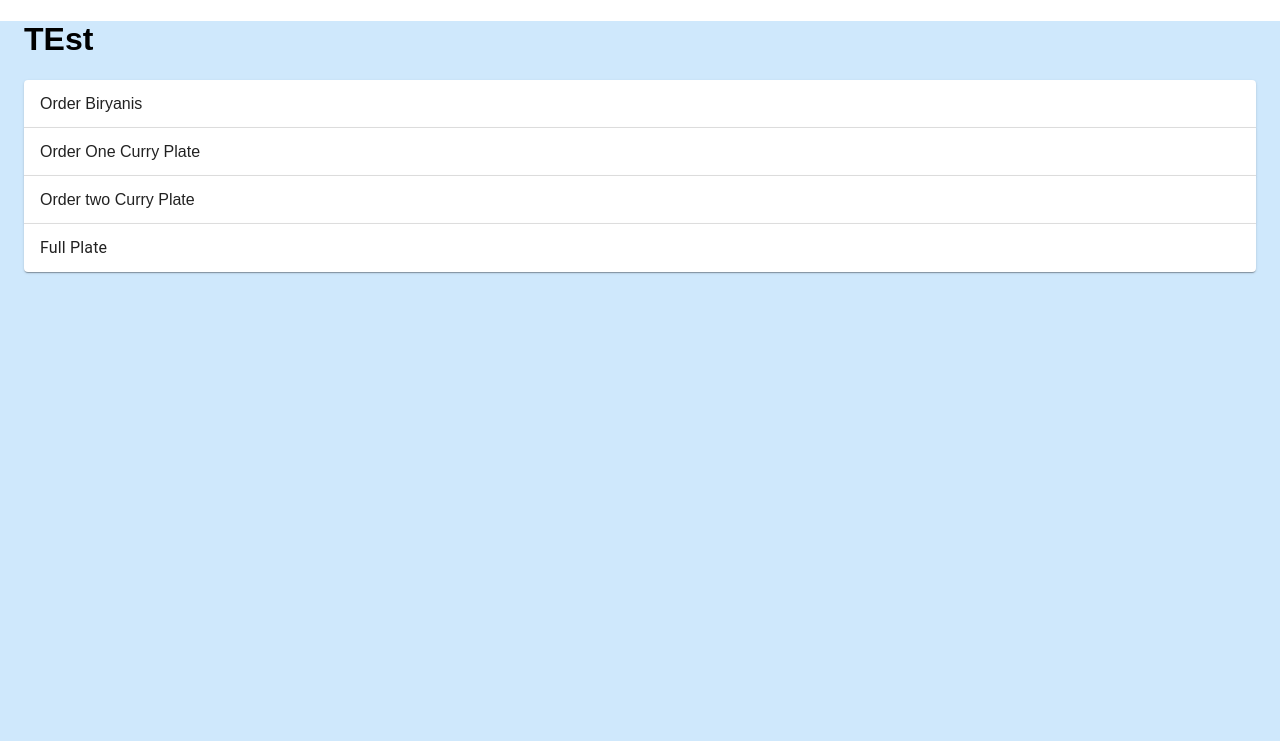
Repository: appikonda/food-order
Page: /
An editor plug-in stored every save of this project. The page is shown before and after the next save, followed by the edit.
The browser window is 1280 px wide. The pictures show the whole page.
The project was rebuilt for these pictures with package versions that can differ from the ones it lists, and the page was loaded fresh each time. Also part of the build but not shown: webpack.config.js, src/App.css.

Above is the page before, as saved 2019-08-15 15:36:51.

### src/App.js
import React, { Component } from 'react';
import logo from './logo.svg';
import './App.css';
import OrderFood from './OrderFood.jsx'
class App extends Component {
  render() {
    return (
      <div>

           <OrderFood/>


    </div>
    );
  }
}

export default App;

### src/OrderFood.jsx
import React, { Component } from 'react';

import Typography from '@material-ui/core/Typography';
import Container from '@material-ui/core/Container';
import ExpansionPanel from '@material-ui/core/ExpansionPanel';
import ExpansionPanelDetails from '@material-ui/core/ExpansionPanelDetails';
import ExpansionPanelSummary from '@material-ui/core/ExpansionPanelSummary';


class OrderFood extends Component {


  render() {
    return (
      <div>
      <Container  fixed style={{ backgroundColor: '#cfe8fc', height: '100vh' }}>
      <h1>TEst</h1>
      {this.renderOptions()}
      </Container>
      </div>
    );
  }
//One for biryani orders // 6.99
//One for one curry options// 5.99/
//One for 2 curry options //6.99
//One for full plate options //8.99

renderOptions(){



  return(
    <div>
      <ExpansionPanel  >
        <ExpansionPanelSummary
          aria-controls="panel1bh-content"
          id="panel1bh-header"
        >
         Order Biryanis

        </ExpansionPanelSummary>
        <ExpansionPanelDetails>
          <Typography>
            Linkk to add biryani
          </Typography>
        </ExpansionPanelDetails>
      </ExpansionPanel>
      <ExpansionPanel >
        <ExpansionPanelSummary

          aria-controls="panel2bh-content"
          id="panel2bh-header"
        >
          Order One Curry Plate

        </ExpansionPanelSummary>
        <ExpansionPanelDetails>
          <Typography>
          Linkk to add One Curry Plate
          </Typography>
        </ExpansionPanelDetails>
      </ExpansionPanel>
      <ExpansionPanel  >
        <ExpansionPanelSummary

          aria-controls="panel3bh-content"
          id="panel3bh-header"
        >
          Order two Curry Plate
        </ExpansionPanelSummary>
        <ExpansionPanelDetails>
          <Typography>
          Linkk to add two curries plaues
          </Typography>
        </ExpansionPanelDetails>
      </ExpansionPanel>
      <ExpansionPanel >
        <ExpansionPanelSummary

          aria-controls="panel4bh-content"
          id="panel4bh-header"
        >
          <Typography>Full Plate </Typography>
        </ExpansionPanelSummary>
        <ExpansionPanelDetails>
          <Typography>
            Nunc vitae orci ultricies, auctor nunc in, volutpat nisl. Integer sit amet egestas eros,
            vitae egestas augue. Duis vel est augue.
          </Typography>
        </ExpansionPanelDetails>
      </ExpansionPanel>
    </div>
  );


}


}

export default OrderFood;

Loaded but not shown: public/index.html (common file); src/index.js (common file); src/index.css (common file)

After the next save:
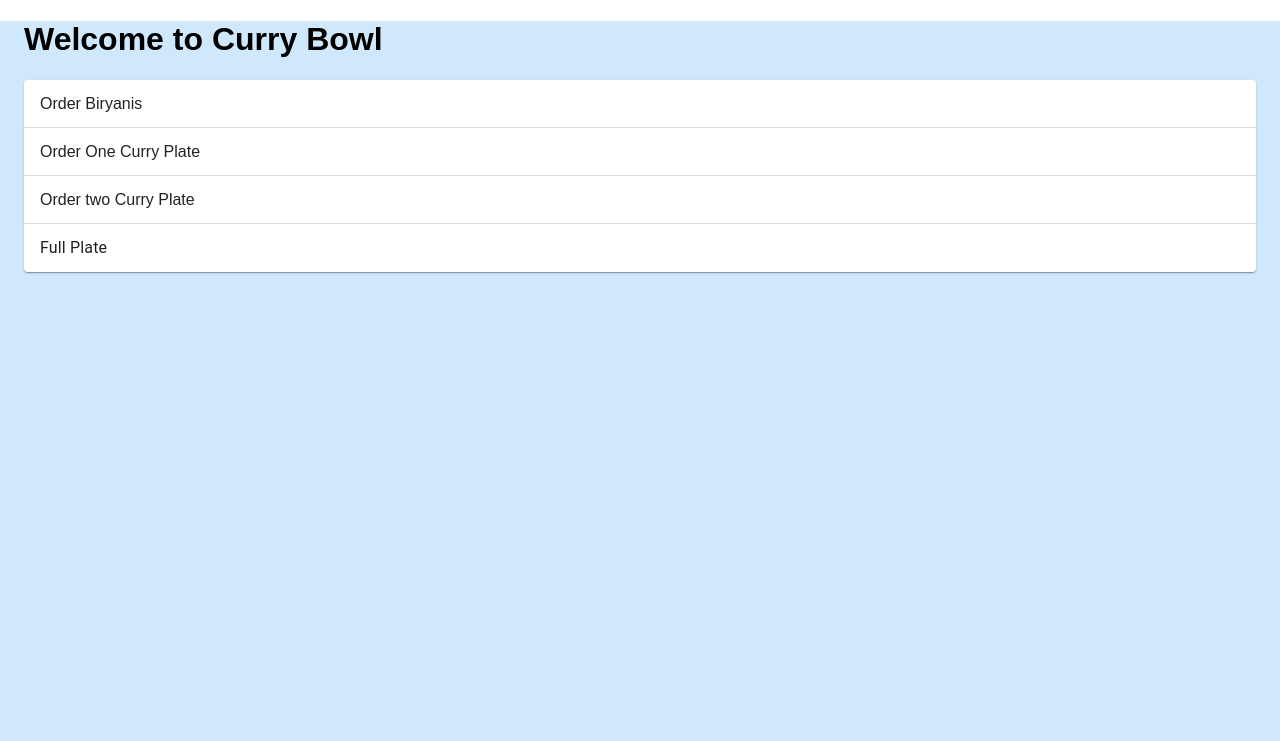
Saved 53 s later.
--- a/src/OrderFood.jsx
+++ b/src/OrderFood.jsx
@@ -14,7 +14,7 @@ class OrderFood extends Component {
     return (
       <div>
       <Container  fixed style={{ backgroundColor: '#cfe8fc', height: '100vh' }}>
-      <h1>TEst</h1>
+      <h1>Welcome to Curry Bowl</h1>
       {this.renderOptions()}
       </Container>
       </div>
